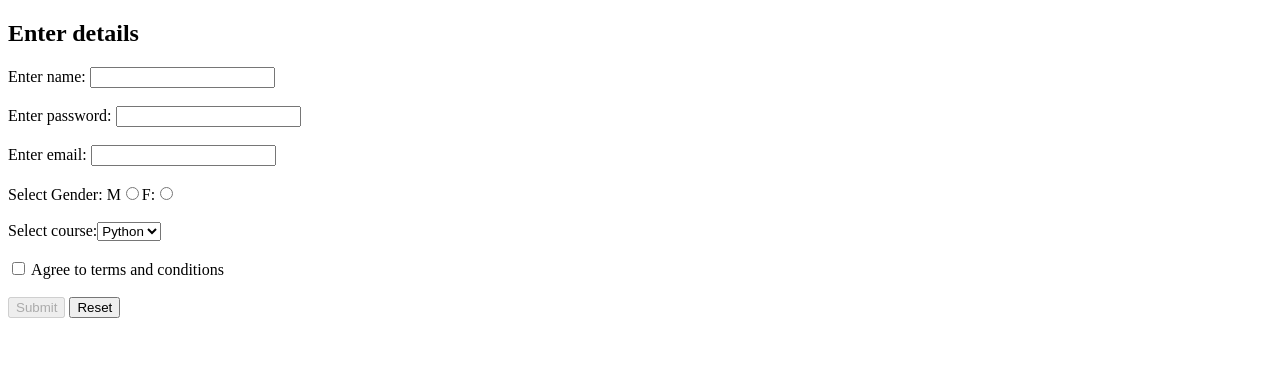
Repository: sagnik938/JSP-JSTL-and-Hibernate
Page: FormAssgn/src/main/webapp/index.html
The author's editor kept a copy of each file at every save. The page is drawn from the files as they stood at one save, then again after the next save.
The browser window is 1280 px wide. The pictures show the whole page.

Above is the page before, as saved 2023-02-07 10:21:43.

### FormAssgn/src/main/webapp/index.html
<!DOCTYPE html>
<html>
<head>
<meta charset="ISO-8859-1">
<title>Form Assignment</title>
</head>
<body>
<h2>Enter details</h2>
<form action="registration" method = "post">
Enter name: <input type = "text" name = "name">
<br>
<br>
Enter password: <input type = "password" name = "password">
<br>
<br>
Enter email: <input type = "email" name = "email">
<br>
<br>
Select Gender: M<input type = "radio" name ="gender">F:<input type = "radio" name ="gender">
<br>
<br>
Select course:<select name="courses">
  <option value="Python">Python</option>
  <option value="Java">Java</option>
  <option value="CPP">CPP</option>
  <option value="PHP">PHP</option>
</select>
<br>
<br>
<input type="checkbox" id = "checkme"> Agree to terms and conditions
<br>
<br>
<input type="submit" id ="sub">
<input type="reset">
</form>
<script>
    sub.disabled = true
	var checker = document.getElementById('checkme');
	var sendbtn = document.getElementById('sub');
	checker.onchange = function() {
 	sendbtn.disabled = !this.checked;
	};
</script>
</body>
</html>

After the next save:
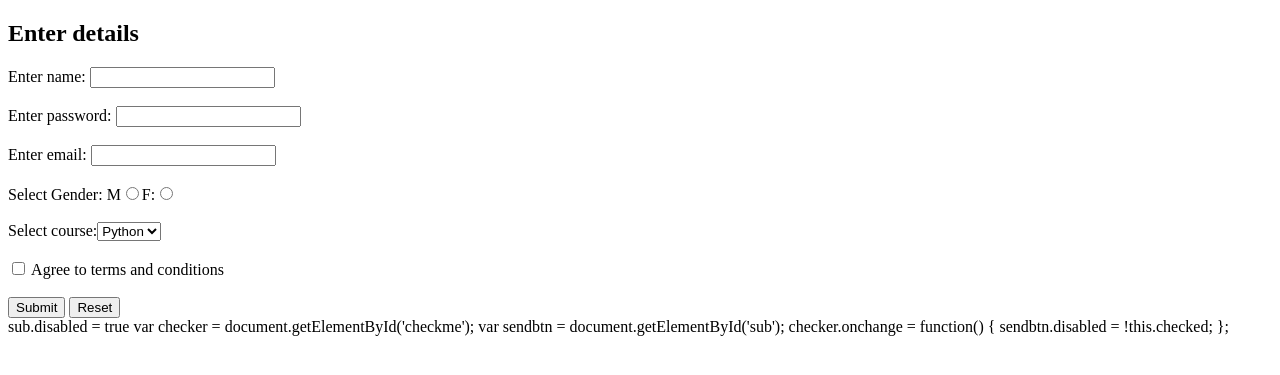
Saved 11 s later.
--- a/FormAssgn/src/main/webapp/index.html
+++ b/FormAssgn/src/main/webapp/index.html
@@ -27,19 +27,19 @@ Select course:<select name="courses">
 </select>
 <br>
 <br>
-<input type="checkbox" id = "checkme"> Agree to terms and conditions
+<input type="checkbox" id = "checkme" name="chck1"> Agree to terms and conditions
 <br>
 <br>
 <input type="submit" id ="sub">
 <input type="reset">
 </form>
-<script>
+<!script>
     sub.disabled = true
 	var checker = document.getElementById('checkme');
 	var sendbtn = document.getElementById('sub');
 	checker.onchange = function() {
  	sendbtn.disabled = !this.checked;
 	};
-</script>
+<!/script>
 </body>
 </html>
